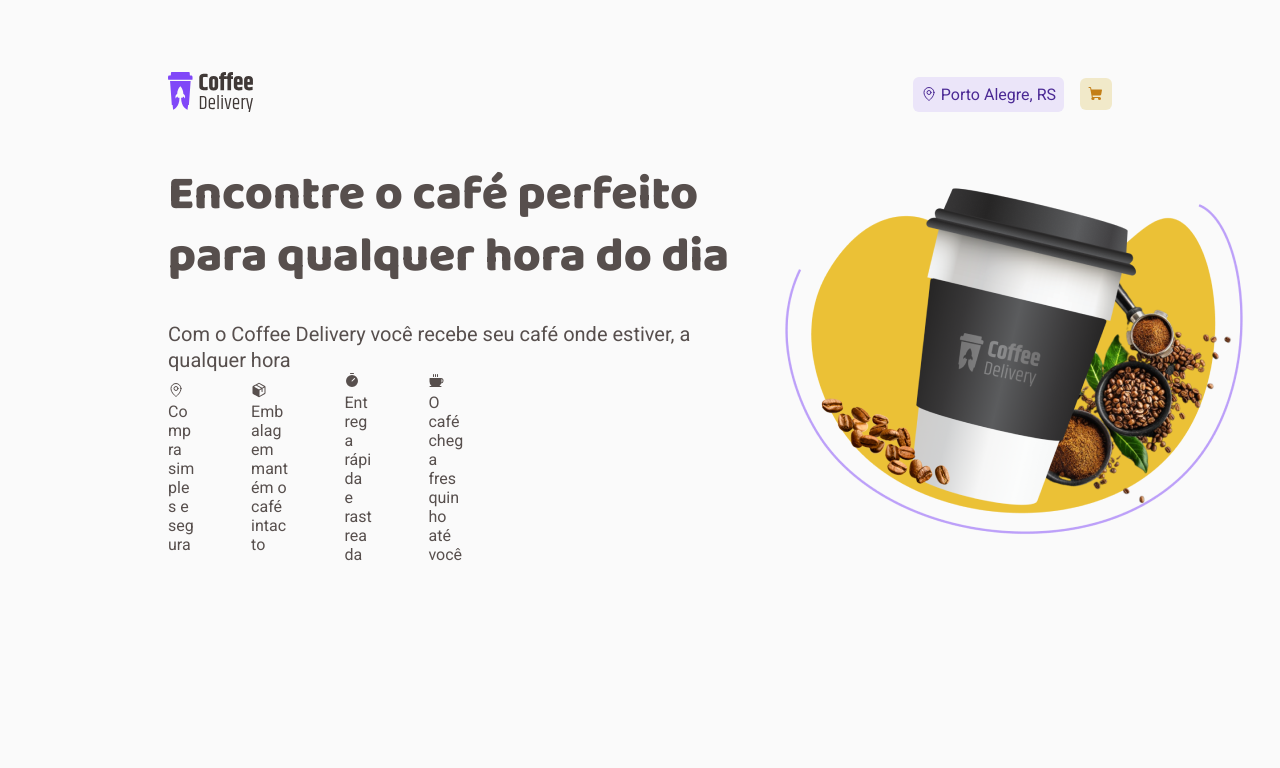
Repository: guilhermecardoso93/react-coffee-delivery
Page: /
The author's editor kept a copy of each file at every save. The page is drawn from the files as they stood at one save, then again after the next save.
The browser window is 1280 px wide. The pictures show the whole page.
The project was rebuilt for these pictures with package versions that can differ from the ones it lists, and the page was loaded fresh each time. Also part of the build but not shown: vite.config.ts.

Above is the page before, as saved 2022-07-17 17:08:25.

### index.html
<!DOCTYPE html>
<html lang="en">
  <head>
    <meta charset="UTF-8" />
    <link rel="icon" type="image/svg+xml" href="/src/assets/favicon.ico" />
    <link rel="preconnect" href="https://fonts.googleapis.com" />
    <link rel="preconnect" href="https://fonts.gstatic.com" crossorigin />
    <meta name="viewport" content="width=device-width, initial-scale=1.0" />
    <link
      href="https://fonts.googleapis.com/css2?family=Baloo+2:wght@700;800&family=Roboto:wght@400;500;700&display=swap"
      rel="stylesheet"
    />
    <title>Coffee Delivery - Rocketseat</title>
  </head>
  <body>
    <div id="root"></div>
    <script type="module" src="/src/main.tsx"></script>
  </body>
</html>

### src/App.tsx
import { ThemeProvider } from "styled-components";
import { defaultTheme } from "./styles/themes/default";
import { GlobalStyle } from "./styles/global";
import { Router } from "./Router";
import { BrowserRouter } from "react-router-dom";

export function App() {
  return (
    <ThemeProvider theme={defaultTheme}>
      <BrowserRouter>
        <Router />
        <GlobalStyle />
      </BrowserRouter>
    </ThemeProvider>
  );
}

### src/styles/themes/default.ts
export const defaultTheme = {
  white: "#FFFFFF",
  background: "#FAFAFA",
  "base-card": "#F3F2F2",
  "base-input": "#EDEDED",
  "base-button": "#E6E5E5",
  "base-hover": "#D7D5D5",
  "base-label": "#8D8686",
  "base-text": "#574F4D",
  "base-subtitle": "#403937",
  "base-title": "#272221",
  "base-error": "#f84747",
  "brand-purple-dark": "#4B2995",
  "brand-purple": "#8047F8",
  "brand-purple-light": "#EBE5F9",
  "brand-yellow-dark": "#C47F17",
  "brand-yellow": "#DBAC2C",
  "brand-yellow-light": "#F1E9C9"
};

### src/styles/global.ts
import { createGlobalStyle } from "styled-components";

export const GlobalStyle = createGlobalStyle`
   * {
    margin: 0;
    padding: 0;
    box-sizing: border-box;
   }


   body {
    background-color: ${(props) => props.theme["background"]};
    color: ${(props) => props.theme["base-text"]};
    -webkit-font-smoothing: antialiased;

    overflow-wrap: break-word;
    word-wrap: break-word;
    word-break: break-word;

   }

   body, input, text-area, button{
    font-family: 'Roboto', sans-serif;
    font-weight: 400;
    font-size: 1rem;
   }
 `;

### src/Router.tsx
import { Route, Routes } from "react-router-dom";
import { Home } from "./components/pages/components/Home";
import { DefaultLayout } from "./layouts/DefaultLayout";

export function Router() {
  return (
    <Routes>
      <Route path="/" element={<DefaultLayout />}>
        <Route path="/" element={<Home />} />
      </Route>
    </Routes>
  );
}

### src/components/pages/components/Home/index.tsx
import { Coffee, MapPin, Package, ShoppingCart, Timer } from "phosphor-react";
import CoffeHome from "../../../../assets/intro-img.png";
import { HomeContainer } from "./styles";

export function Home() {
  return (
    <HomeContainer>
      <div>
        <h1>Encontre o café perfeito para qualquer hora do dia</h1>
        <p className='homeSpan'>
          Com o Coffee Delivery você recebe seu café onde estiver, a qualquer
          hora
        </p>
        <div className='homeList'>
          <ul>
            <MapPin size={16} />
            <p>Compra simples e segura</p>
          </ul>
          <ul>
            <Package size={16} weight="fill" />
            <p>Embalagem mantém o café intacto</p>
          </ul>
          <ul>
            <Timer size={16} weight="fill" />
            <p>Entrega rápida e rastreada</p>
          </ul>
          <ul>
            <Coffee size={16} weight="fill" />
            <p>O café chega fresquinho até você</p>
          </ul>
        </div>
      </div>
      <div>
        <img src={CoffeHome} alt="" />
      </div>
    </HomeContainer>
  );
}

### src/components/pages/components/Home/styles.ts
import styled from "styled-components";

export const HomeContainer = styled.main`
  display: flex;
  align-items: center;
  justify-content: space-between;
  flex-direction: row;

  gap: 1rem;

  h1 {
    font-family: "Baloo 2";
    font-style: normal;
    font-weight: 800;
    font-size: 48px;
    line-height: 130%;
    width: 36.75rem;
    margin-bottom: 2rem;
  }

  .homeSpan {
    font-family: "Roboto";
    font-style: normal;
    font-weight: 400;
    font-size: 20px;
    line-height: 130%;
    width: 37rem;
  }

  .homeList {
    width: 50%;
    display: flex;
    align-items: center;
    justify-content: space-between;
    gap: 3.5rem;
  }
`;

### src/components/Header/index.tsx
import { MapPin, ShoppingCart } from "phosphor-react";
import Logo from "../../assets/logo.svg";
import { HeaderContainer } from "./styles";

export function Header() {
  return (
    <HeaderContainer>
      <div>
        <img src={Logo} alt="" />
      </div>
      <div className="headerInfos">
        <div className="local">
          <MapPin size={16} />
          Porto Alegre, RS
        </div>
        <span className="headerCar">
          <ShoppingCart size={16} weight="fill" />
        </span>
      </div>
    </HeaderContainer>
  );
}

### src/layouts/DefaultLayout/styles.ts
import styled from "styled-components";

export const LayoutContainer = styled.div`
  max-width: 80vw;
  height: calc(100vh - 1rem);
  margin: 2rem auto;
  padding: 2.5rem;
  gap: 3rem;

  display: flex;
  flex-direction: column;
`;

### src/components/Header/styles.ts
import styled from "styled-components";

export const HeaderContainer = styled.header`
  display: flex;
  align-items: center;
  justify-content: space-between;

  nav {
    display: flex;
    gap: 0.5rem;
  }

  .headerInfos {
    display: flex;
    align-items: center;
    justify-content: center;
    gap: 1rem;
  }

  .local {
    display: flex;
    flex-direction: row;
    justify-content: center;
    align-items: center;
    padding: 8px;
    gap: 4px;
    border-radius: 6px;

    background-color: ${(props) => props.theme["brand-purple-light"]};
    color: ${(props) => props.theme["brand-purple-dark"]};
  }

  .headerCar {
    display: flex;
    flex-direction: row;
    justify-content: center;
    align-items: center;
    padding: 8px;
    gap: 4px;
    border-radius: 6px;

    background-color: ${(props) => props.theme["brand-yellow-light"]};
    color: ${(props) => props.theme["brand-yellow-dark"]};
  }
`;

Loaded but not shown: src/main.tsx (common file); src/layouts/DefaultLayout/index.tsx (common file)

After the next save:
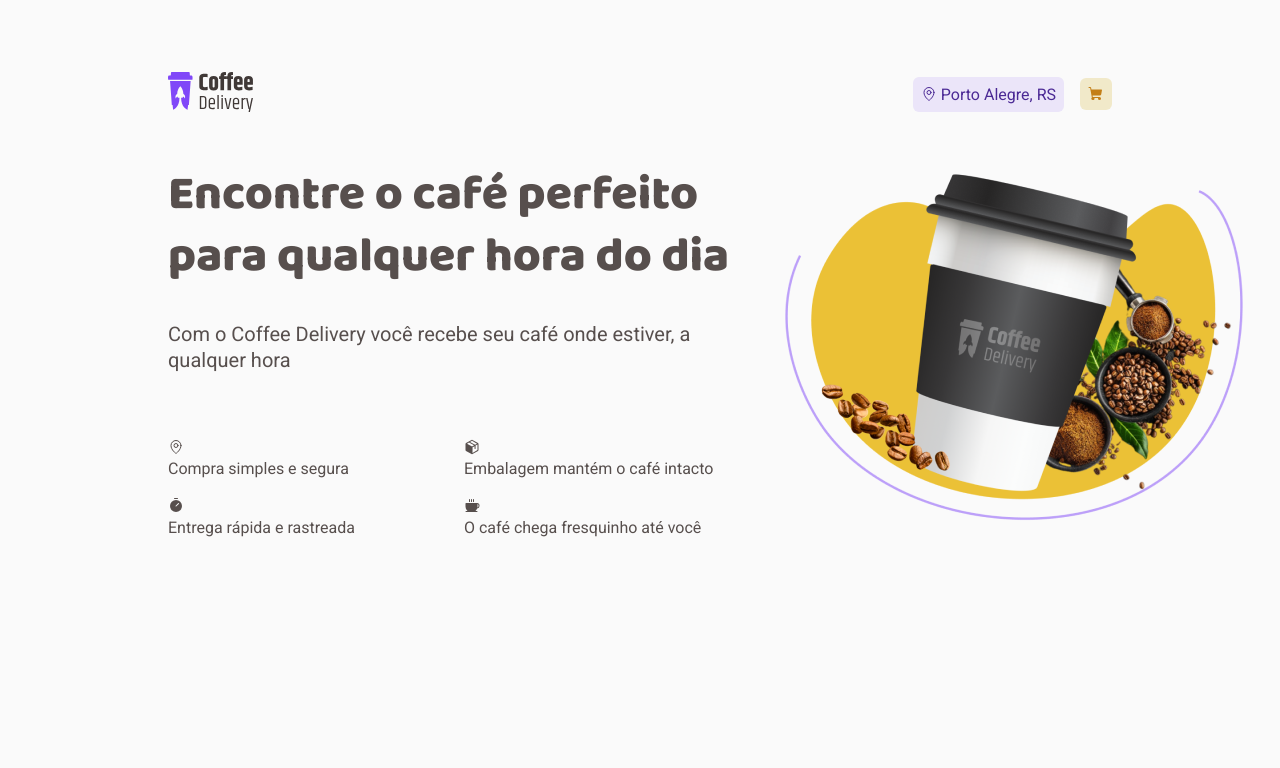
Saved 52 s later.
--- a/src/components/pages/components/Home/styles.ts
+++ b/src/components/pages/components/Home/styles.ts
@@ -28,10 +28,10 @@
   }
 
   .homeList {
-    width: 50%;
-    display: flex;
-    align-items: center;
-    justify-content: space-between;
-    gap: 3.5rem;
+    width: 100%;
+  display: grid;
+  grid-template-columns: 1fr 1fr;
+  row-gap: 1.25rem;
+  margin-top: 4.125rem;
   }
 `;
